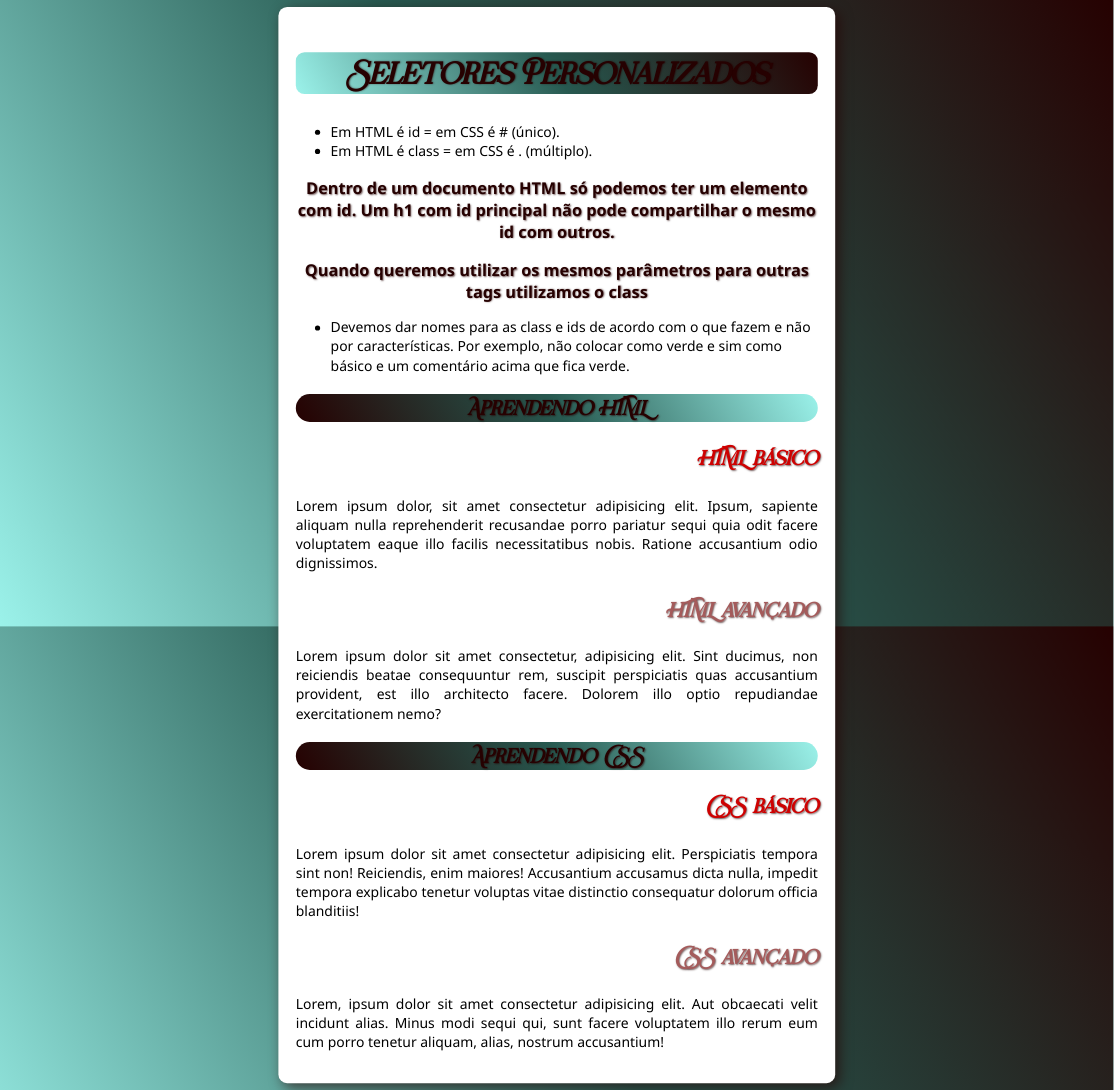
Repository: Willcmorais/vscode-workspace
Page: html-css/curso-em-video/modulo02/estudos/ex024-seletores-personaliz/index.html
An editor plug-in stored every save of this project. The page is shown before and after a run of saves, followed by the edit.
The browser window is 1280 px wide. The pictures show the whole page, at 87% of full size.
Backgrounds fixed to the window are drawn as part of the page.

Above is the page before, as saved 2024-09-23 10:12:48.

### html-css/curso-em-video/modulo02/estudos/ex024-seletores-personaliz/index.html
<!DOCTYPE html>
<html lang="pt-br">

<head>
    <meta charset="UTF-8">
    <meta name="viewport" content="width=device-width, initial-scale=1.0">
    <title>Usando o id com CSS</title>
    <link rel="stylesheet" href="style.css">
    <style>
        @font-face {
            font-family: 'Rusilla';
            src: url('fonts/Rusillaserif-Regular.ttf') format('opentype');
            font-weight: normal;
            font-style: normal;
        }
    </style>
</head>

<body>
    <main>
        <h1 id="principal">Seletores Personalizados</h1>
        <ul>
            <li>Em HTML é id = em CSS é # (único).</li>
            <li>Em HTML é class = em CSS é . (múltiplo).</li>
        </ul>
        <h3>Dentro de um documento HTML só podemos ter um elemento com id. Um h1 com id principal não pode compartilhar
            o mesmo id com outros.</h3>
        <h3>Quando queremos utilizar os mesmos parâmetros para outras tags utilizamos o class</h3>
        <ul>
            <li>Devemos dar nomes para as class e ids de acordo com o que fazem e não por características. Por exemplo,
                não
                colocar como verde e sim como básico e um comentário acima que fica verde.</li>
        </ul>
        <h1 class="principal">Aprendendo HTML</h1>
        <h2 class="basico">HTML básico</h2>
        <p>Lorem ipsum dolor, sit amet consectetur adipisicing elit. Ipsum, sapiente aliquam nulla reprehenderit
            recusandae porro pariatur sequi quia odit facere voluptatem eaque illo facilis necessitatibus nobis. Ratione
            accusantium odio dignissimos.</p>
        <h2 class="avancado">HTML avançado</h2>
        <p>Lorem ipsum dolor sit amet consectetur, adipisicing elit. Sint ducimus, non reiciendis beatae consequuntur
            rem, suscipit perspiciatis quas accusantium provident, est illo architecto facere. Dolorem illo optio
            repudiandae exercitationem nemo?</p>
        <h1 class="principal">Aprendendo CSS</h1>
        <h2 class="basico">CSS básico</h2>
        <p>Lorem ipsum dolor sit amet consectetur adipisicing elit. Perspiciatis tempora sint non! Reiciendis, enim
            maiores! Accusantium accusamus dicta nulla, impedit tempora explicabo tenetur voluptas vitae distinctio
            consequatur dolorum officia blanditiis!</p>
        <h2 class="avancado">CSS avançado</h2>
        <p>Lorem, ipsum dolor sit amet consectetur adipisicing elit. Aut obcaecati velit incidunt alias. Minus modi
            sequi qui, sunt facere voluptatem illo rerum eum cum porro tenetur aliquam, alias, nostrum accusantium!</p>

    </main>

</body>

</html>

### html-css/curso-em-video/modulo02/estudos/ex024-seletores-personaliz/style.css
@charset "utf8";

* {
    /*safe combination, ele usa a primeira letra q achar*/
    font-family: 'Segoe UI', Tahoma, Geneva, Verdana, sans-serif;
}

body {
    background-image: linear-gradient(-120deg, #260101, #275950, #9BF2EA);
    background-attachment: fixed;
}

img {
    /* As imagens são inline por padrão, então precisamos torná-las block */
    display: block;
    /* Centraliza horizontalmente */
    margin: 0 auto;
}

main {
    background-color: white;
    /*arredonda as bordas*/
    border-radius: 10px;
    /*1 parametro é o lado da sombra, 2 é para baixo, 3 é o quanto espalha e 4 o quanto de transparência tem(ou cor)*/
    box-shadow: 5px 5px 15px rgba(38, 1, 1, 0.619);
    /*largura do recorte*/
    width: 600px;
    /*distancia das bordas com o conteúdo*/
    padding: 20px;
    /*altera automaticamente a margem para o centro da tela*/
    margin: auto;
}

h1#principal {
    font: italic bolder 3em 'Rusilla';
    text-align: center;
    color: #260101;
    background-image: linear-gradient(-120deg, #260101, #275950, #9BF2EA);
    border-radius: 10px;
    /*mesmos parametros para o box-shadow*/
    text-shadow: 1px 1px 2px rgba(38, 1, 1, 0.615);
}

.principal {
    font: italic bold 2em 'Rusilla';
    text-align: center;
    color: #260101;
    background-image: linear-gradient(-120deg, #9BF2EA, #275950, #260101);
    border-radius: 30px;
    /*mesmos parametros para o box-shadow*/
    text-shadow: 1px 1px 2px rgba(38, 1, 1, 0.615);
}

.basico {
    font: italic bold 2em 'Rusilla';
    text-align: right;
    color: #ce0101;
    border-radius: 30px;
    /*mesmos parametros para o box-shadow*/
    text-shadow: 1px 1px 2px rgba(38, 1, 1, 0.615);
}

.avancado {
    font: italic bold 2em 'Rusilla';
    text-align: right;
    color: #a45b5b;
    border-radius: 30px;
    /*mesmos parametros para o box-shadow*/
    text-shadow: 1px 1px 2px rgba(38, 1, 1, 0.615);
}

h1 {
    text-align: center;
    color: #260101;
    /*mesmos parametros para o box-shadow*/
    text-shadow: 1px 1px 2px rgba(38, 1, 1, 0.615);
}

h2 {
    color: #260101;
    text-shadow: 1px 1px 2px rgba(38, 1, 1, 0.615);
}

h3 {
    text-align: center;
    color: #260101;
    text-shadow: 1px 1px 2px rgba(38, 1, 1, 0.615);
}

p {
    text-align: justify;
}

After the next 3 saves:
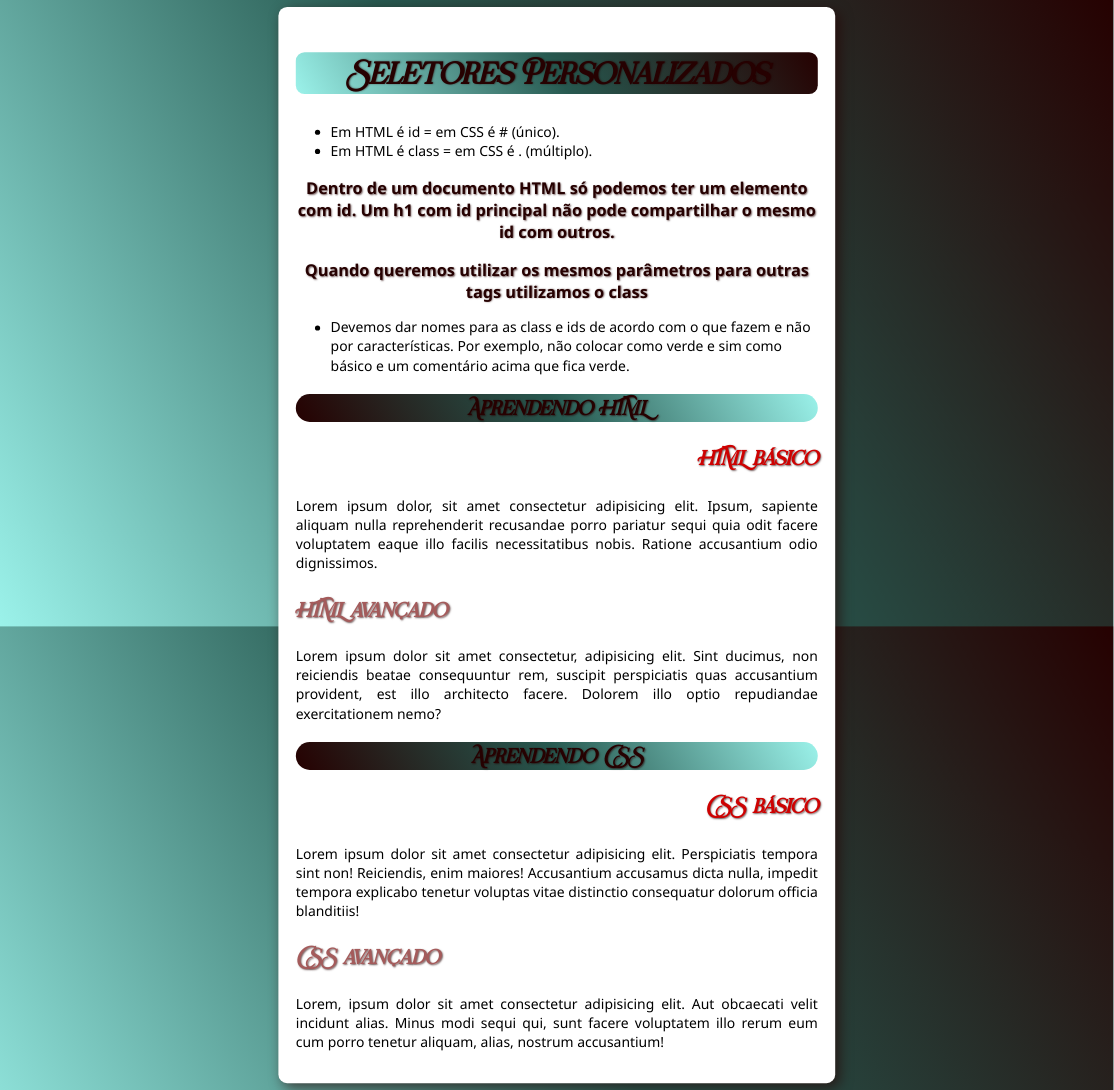
The 3 saves are shown as one change because they came seconds apart.
The last was saved 15 s later.
--- a/html-css/curso-em-video/modulo02/estudos/ex024-seletores-personaliz/style.css
+++ b/html-css/curso-em-video/modulo02/estudos/ex024-seletores-personaliz/style.css
@@ -62,7 +62,7 @@ h1#principal {
 
 .avancado {
     font: italic bold 2em 'Rusilla';
-    text-align: right;
+    text-align: ;
     color: #a45b5b;
     border-radius: 30px;
     /*mesmos parametros para o box-shadow*/
